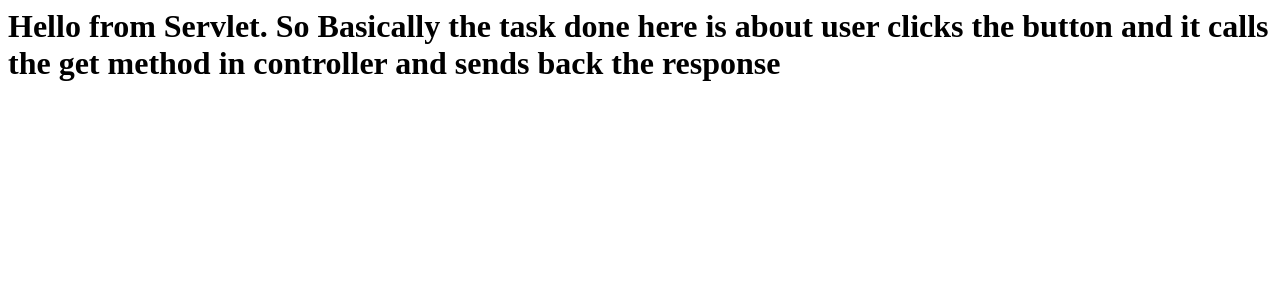
Repository: tamilnila96/Servlet
Page: http://localhost/HelloWorld/HelloWorldController
The author's editor kept a copy of each file at every save. The page is drawn from the files as they stood at one save, then again after the next save.
The browser window is 1280 px wide. The pictures show the whole page.
The page is served by Tomcat 9.

Above is the page before, as saved 2025-05-15 06:25:51.

### HelloWorld/src/com/helloworld/HelloWorldController.java
package com.helloworld;

import java.io.IOException;

import javax.servlet.ServletException;
import javax.servlet.annotation.WebServlet;
import javax.servlet.http.HttpServlet;
import javax.servlet.http.HttpServletRequest;
import javax.servlet.http.HttpServletResponse;
import java.io.PrintWriter;
/**
 * Servlet implementation class HelloWorldController
 */
@WebServlet("/HelloWorldController")
public class HelloWorldController extends HttpServlet {
	private static final long serialVersionUID = 1L;

    /**
     * @see HttpServlet#HttpServlet()
     */
    public HelloWorldController() {
        super();
        // TODO Auto-generated constructor stub
    }

	/**
	 * @see HttpServlet#doGet(HttpServletRequest request, HttpServletResponse response)
	 */
    protected void doGet(HttpServletRequest request, HttpServletResponse response)
            throws ServletException, IOException {
       response.setContentType("text/html");
       PrintWriter out = response.getWriter();
       out.println("<html><body>");
       out.println("<h1>Hello from Servlet. So Basically the task done here is about user clicks the button and it calls the get method in controller and sends back the response</h1>");

       out.println("</html></body>");
    }




	/**
	 * @see HttpServlet#doPost(HttpServletRequest request, HttpServletResponse response)
	 */
	protected void doPost(HttpServletRequest request, HttpServletResponse response) throws ServletException, IOException {
		// TODO Auto-generated method stub
		doGet(request, response);
	}

}

After the next save:
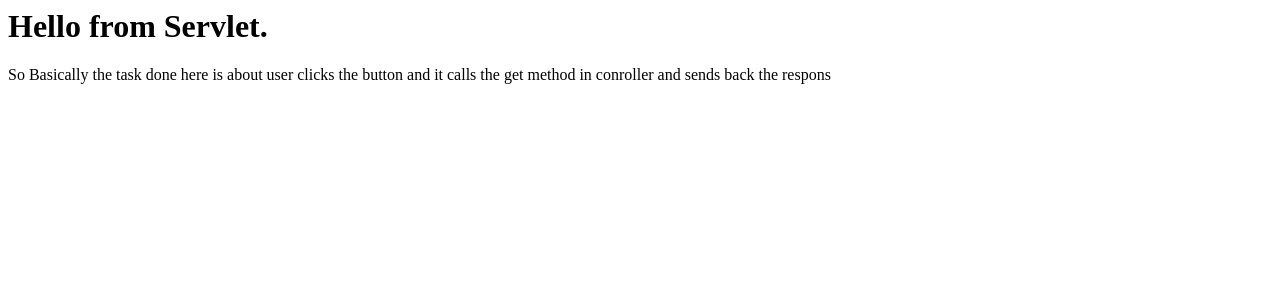
Saved 86 s later.
--- a/HelloWorld/src/com/helloworld/HelloWorldController.java
+++ b/HelloWorld/src/com/helloworld/HelloWorldController.java
@@ -31,8 +31,8 @@ public class HelloWorldController extends HttpServlet {
        response.setContentType("text/html");
        PrintWriter out = response.getWriter();
        out.println("<html><body>");
-       out.println("<h1>Hello from Servlet. So Basically the task done here is about user clicks the button and it calls the get method in controller and sends back the response</h1>");
-
+       out.println("<h1>Hello from Servlet.</h1>");
+       out.println("<p> So Basically the task done here is about user clicks the button and it calls the get method in conroller and sends back the respons</p>");
        out.println("</html></body>");
     }
 
